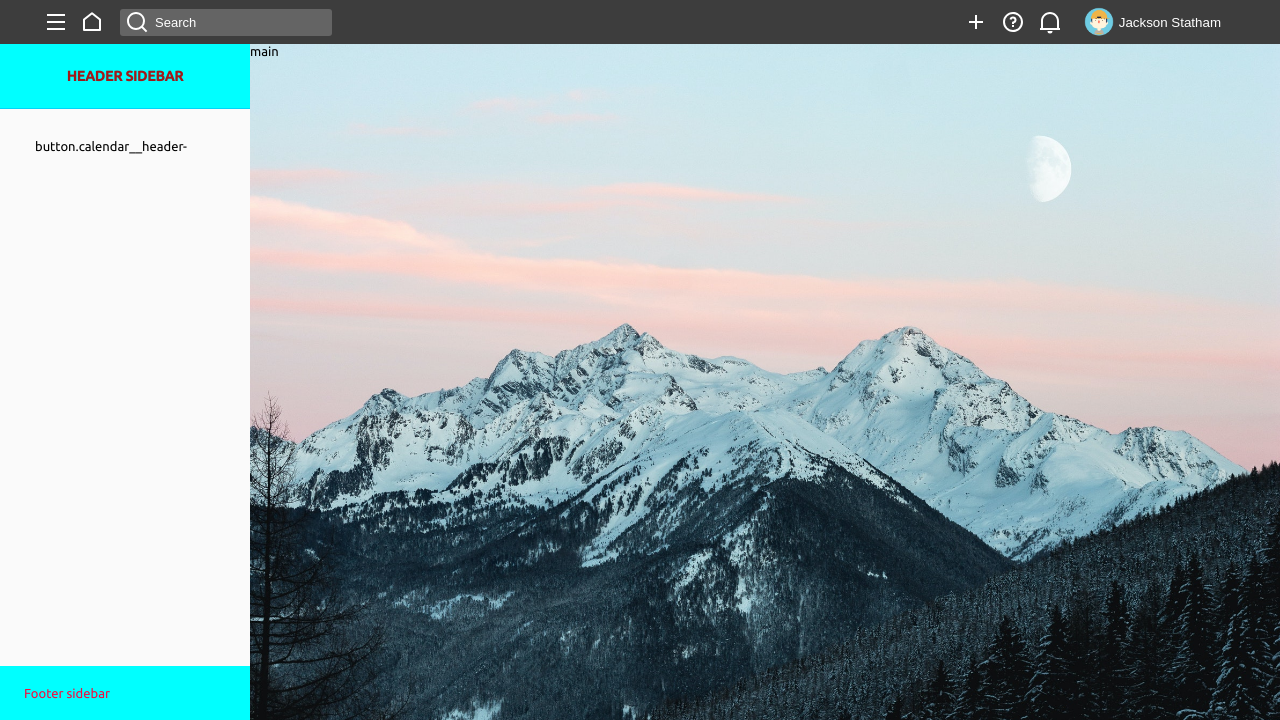
Repository: huuthe1999/to-do-list
Page: /
These files come from the project's save history. The page is drawn as it stood at one moment and after the next save; the edit follows.
The browser window is 1280 px wide. The pictures show the whole page.
The project was rebuilt for these pictures with package versions that can differ from the ones it lists, and the page was loaded fresh each time. Also part of the build but not shown: src/components/form/addForm/addForm.scss, src/components/form/addForm/AddForm.js, src/components/modal/modal.scss, src/components/modal/Modal.js.

Above is the page before, as saved 2022-02-17 10:36:05.

### public/index.html
<!DOCTYPE html>
<html lang="en">
	<head>
		<meta charset="utf-8" />
		<link rel="icon" href="%PUBLIC_URL%/favicon.ico" />
		<meta name="viewport" content="width=device-width, initial-scale=1" />
		<meta name="theme-color" content="#000000" />
		<meta
			name="description"
			content="Web site created using create-react-app"
		/>
		<link rel="apple-touch-icon" href="%PUBLIC_URL%/logo192.png" />
		<!--
      manifest.json provides metadata used when your web app is installed on a
      user's mobile device or desktop. See https://developers.google.com/web/fundamentals/web-app-manifest/
    -->
		<link rel="manifest" href="%PUBLIC_URL%/manifest.json" />
		<!--
      Notice the use of %PUBLIC_URL% in the tags above.
      It will be replaced with the URL of the `public` folder during the build.
      Only files inside the `public` folder can be referenced from the HTML.

      Unlike "/favicon.ico" or "favicon.ico", "%PUBLIC_URL%/favicon.ico" will
      work correctly both with client-side routing and a non-root public URL.
      Learn how to configure a non-root public URL by running `npm run build`.
    -->
		<title>React Redux App</title>
	</head>
	<body>
		<noscript>You need to enable JavaScript to run this app.</noscript>
		<div id="modal"></div>
		<div id="root"></div>
		<!--
      This HTML file is a template.
      If you open it directly in the browser, you will see an empty page.

      You can add webfonts, meta tags, or analytics to this file.
      The build step will place the bundled scripts into the <body> tag.

      To begin the development, run `npm start` or `yarn start`.
      To create a production bundle, use `npm run build` or `yarn build`.
    --></body>
</html>

### src/index.js
import React from 'react';
import ReactDOM from 'react-dom';
import { Provider } from 'react-redux';
import App from './App';
import { store } from './app/store';

ReactDOM.render(
	<React.StrictMode>
		<Provider store={store}>
			<App />
		</Provider>
	</React.StrictMode>,
	document.getElementById('root'),
);

### src/App.js
import React from 'react';
// import { Counter } from './features/counter/Counter';
import './App.scss';
import Main from './components/main/Main';
import SideBar from './components/sideBar/SideBar';
import TopBar from './components/topBar/TopBar';
function App() {
	return (
		<div className='app'>
			<TopBar />
			<div className='container'>
				<SideBar />
				<Main />
			</div>
		</div>
	);
}

export default App;

### src/App.scss
@import url('https://fonts.googleapis.com/css2?family=Ubuntu:wght@300;400;500&display=swap');
*,
*::before,
*::after {
	margin: 0;
	padding: 0;
	box-sizing: border-box;
}

:root {
	--icon-color: #fff;
	--icon-size: 40px;

	--bg: rgb(53, 42, 42);
	--bg-input: hsla(0, 0%, 100%, 0.2);
	// Header
	--hd-text-color: #ffffff;
	--hd-icon-color-hover: #202020;
}

.app {
	font-family: 'Ubuntu', sans-serif;
	font-size: 13px;
	width: 100vw;
	height: 100vh;
	background-color: var(--bg);
	overflow: hidden;
}

.container {
	display: flex;
	height: calc(100% - 44px);
}

button {
	border: none;
	outline: none;
	cursor: pointer;
	background-color: transparent;
}

### src/components/main/Main.js
import './main.scss';

const Main = () => {
	return <div className='main'>main</div>;
};

export default Main;

### src/components/sideBar/SideBar.js
import Calendar from '../calendar/Calendar';
import './sideBar.scss';

const SideBar = () => {
	return (
		<div className='sidebar'>
			<div className='sidebar__inner'>
				<div className='sidebar__layout'>
					<div className='sidebar__layout-header'>
						<p>Header sidebar</p>
					</div>
					<div className='sidebar__layout-content'>
						<Calendar />
					</div>
					<div className='sidebar__layout-footer'>Footer sidebar</div>
				</div>
			</div>
		</div>
	);
};

export default SideBar;

### src/components/topBar/TopBar.js
import { useState } from 'react';
import {
	RiAddLine,
	RiHomeLine,
	RiMenuLine,
	RiNotification2Line,
	RiQuestionLine,
	RiSearchLine,
} from 'react-icons/ri';
import Avatar from '../../assets/images/avatar.png';
import AddForm from '../form/addForm/AddForm';
import Modal from '../modal/Modal';
import './topbar.scss';
const TopBar = () => {
	const [modal, setShowModal] = useState(false);
	return (
		<header className='topbar'>
			<div className='topbar__inner'>
				<div className='topbar__inner-leftControl'>
					<button className='topbar__button leftControl'>
						<RiMenuLine className='topbar__button-icon' />
					</button>

					<button className='topbar__button leftControl'>
						<RiHomeLine className='topbar__button-icon' />
					</button>
					<div className='topbar__inner-leftControl-search'>
						<RiSearchLine className='topbar__button-icon topbar__button-icon-search' />
						<input type='text' placeholder='Search' />
					</div>
				</div>
				<div className='topbar__inner-rightControl'>
					<Modal showModal={modal} setShowModal={setShowModal}>
						<AddForm setShowModal={setShowModal} />
					</Modal>
					<button className='topbar__button rightControl'>
						<RiAddLine
							className='topbar__button-icon'
							onClick={() => setShowModal(true)}
						/>
					</button>
					<button className='topbar__button rightControl'>
						<RiQuestionLine className='topbar__button-icon' />
					</button>
					<button className='topbar__button rightControl'>
						<RiNotification2Line className='topbar__button-icon' />
					</button>
					<button className='topbar__button info'>
						<img src={Avatar} alt='avatar' />
						<p>Jackson Statham</p>
					</button>
				</div>
			</div>
		</header>
	);
};

export default TopBar;

### src/features/counter/counterSlice.js
import { createAsyncThunk, createSlice } from '@reduxjs/toolkit';
import { fetchCount } from './counterAPI';

const initialState = {
  value: 0,
  status: 'idle',
};

// The function below is called a thunk and allows us to perform async logic. It
// can be dispatched like a regular action: `dispatch(incrementAsync(10))`. This
// will call the thunk with the `dispatch` function as the first argument. Async
// code can then be executed and other actions can be dispatched. Thunks are
// typically used to make async requests.
export const incrementAsync = createAsyncThunk(
  'counter/fetchCount',
  async (amount) => {
    const response = await fetchCount(amount);
    // The value we return becomes the `fulfilled` action payload
    return response.data;
  }
);

export const counterSlice = createSlice({
  name: 'counter',
  initialState,
  // The `reducers` field lets us define reducers and generate associated actions
  reducers: {
    increment: (state) => {
      // Redux Toolkit allows us to write "mutating" logic in reducers. It
      // doesn't actually mutate the state because it uses the Immer library,
      // which detects changes to a "draft state" and produces a brand new
      // immutable state based off those changes
      state.value += 1;
    },
    decrement: (state) => {
      state.value -= 1;
    },
    // Use the PayloadAction type to declare the contents of `action.payload`
    incrementByAmount: (state, action) => {
      state.value += action.payload;
    },
  },
  // The `extraReducers` field lets the slice handle actions defined elsewhere,
  // including actions generated by createAsyncThunk or in other slices.
  extraReducers: (builder) => {
    builder
      .addCase(incrementAsync.pending, (state) => {
        state.status = 'loading';
      })
      .addCase(incrementAsync.fulfilled, (state, action) => {
        state.status = 'idle';
        state.value += action.payload;
      });
  },
});

export const { increment, decrement, incrementByAmount } = counterSlice.actions;

// The function below is called a selector and allows us to select a value from
// the state. Selectors can also be defined inline where they're used instead of
// in the slice file. For example: `useSelector((state: RootState) => state.counter.value)`
export const selectCount = (state) => state.counter.value;

// We can also write thunks by hand, which may contain both sync and async logic.
// Here's an example of conditionally dispatching actions based on current state.
export const incrementIfOdd = (amount) => (dispatch, getState) => {
  const currentValue = selectCount(getState());
  if (currentValue % 2 === 1) {
    dispatch(incrementByAmount(amount));
  }
};

export default counterSlice.reducer;

### src/components/main/main.scss
.main {
	width: 100%;
	height: 100%;
	background-image: url(../../assets/images/bg_main.jpg);
	background-repeat: no-repeat;
	background-size: cover;
	overflow-y: auto;
}

### src/components/calendar/Calendar.js
import React from 'react';

const Calendar = () => {
	return (
		<div className='calendar'>
			<div className='calendar__header'>button.calendar__header-</div>
			<div className='calendar__content'></div>
		</div>
	);
};

export default Calendar;

### src/components/sideBar/sideBar.scss
.sidebar {
	position: relative;
	z-index: 109;
	height: 100%;
	background-color: aqua;
	min-width: 250px;
	width: 300px;
	transition: all 0.3s cubic-bezier(0.4, 0, 0.2, 1);

	&__inner {
		height: 100%;
		position: relative;
		z-index: 101;
	}

	&__layout {
		height: 100%;
		overflow-y: auto;
		overflow-x: hidden;
		display: flex;
		flex-direction: column;
		position: relative;
		z-index: 101;

		&-header {
			border-bottom: 1px solid rgba(8, 41, 228, 0.2);

			p {
				text-align: center;
				color: rgb(160, 25, 25);
				padding: 24px;
				font-weight: bold;
				font-size: 14px;
				text-transform: uppercase;
			}
		}

		&-content {
			flex-grow: 1;
			padding-top: 30px;
			padding-left: 35px;
			padding-bottom: 30px;
			background-color: #fafafa;
		}

		&-footer {
			padding: 20px 24px;
			color: rgb(245, 12, 62);
		}
	}
}

### src/components/topBar/topbar.scss
.topbar {
	display: flex;
	justify-content: center;
	align-items: center;
	background-color: #3d3d3d;
	flex-shrink: 0;
	padding: 0px 42px;
	font-size: 13px;
	color: #202020;
	height: 44px;

	&__inner {
		display: flex;
		justify-content: space-between;
		background-color: transparent;
		width: 100%;
		height: 100%;

		&-leftControl {
			display: flex;
			align-items: center;
			justify-content: flex-start;

			&-search {
				display: flex;
				align-items: center;
				position: relative;
				margin-left: 6px;

				&:hover {
					input {
						background-color: var(--hd-text-color);
						&::placeholder {
							color: var(--hd-icon-color-hover);
						}
					}
					* {
						color: var(--hd-icon-color-hover);
					}
				}

				input {
					font-size: 13px;
					color: var(--hd-text-color);
					background-color: var(--bg-input);
					outline: 0;
					border-radius: 3px;
					border: 1px solid transparent;
					padding: 5px 0 5px 34px;
					transition: all 0.15s cubic-bezier(0.4, 0, 0.2, 0.1);
					transition-property: background-color;

					&::placeholder {
						color: var(--hd-text-color);
					}
				}
			}
		}

		&-rightControl {
			display: flex;
			align-items: center;
			height: 44px;
			padding: 0px 12px;

			img {
				width: 100%;
				height: 100%;
			}
		}
	}

	&__button {
		display: flex;
		justify-content: center;
		align-items: center;
		border-radius: 3px;

		&:hover {
			background-color: var(--bg-input);
		}

		&.leftControl {
			height: 28px;
			min-width: 28px;
			margin-right: 8px;
		}

		&.rightControl {
			height: 32px;
			min-width: 32px;
			margin-left: 5px;
		}

		&.info {
			height: 100%;
			color: var(--hd-text-color);
			margin-left: 8px;
			padding: 0px 5px;
			img {
				width: 40px;
				height: 40px;
			}
		}
		&-icon {
			font-size: 24px;
			color: var(--icon-color);

			&-search {
				position: absolute;
				left: 5px;
				top: 50%;
				transform: translateY(-50%);
				color: var(--icon-color);
			}
		}
	}
}

Loaded but not shown: src/app/store.js (common file); src/features/counter/counterAPI.js (common file)

After the next save:
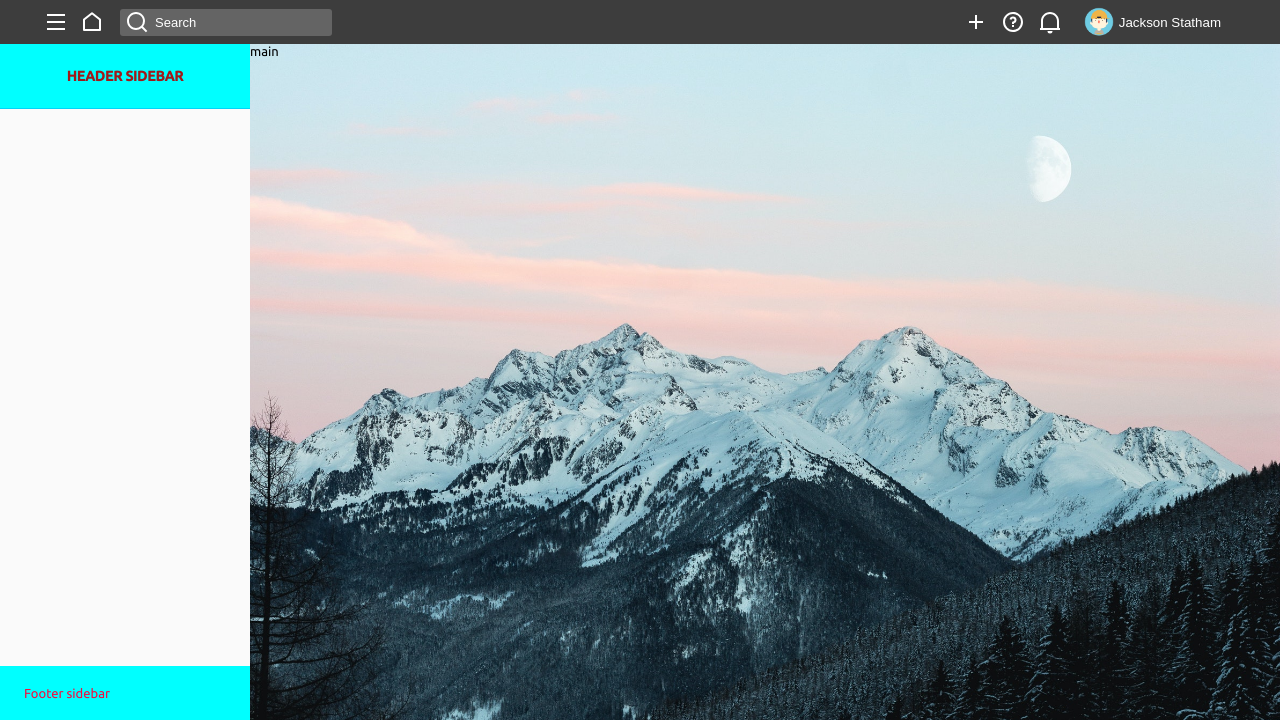
Saved 40 s later.
--- a/src/components/calendar/Calendar.js
+++ b/src/components/calendar/Calendar.js
@@ -3,7 +3,9 @@ import React from 'react';
 const Calendar = () => {
 	return (
 		<div className='calendar'>
-			<div className='calendar__header'>button.calendar__header-</div>
+			<div className='calendar__header'>
+				<button className='calendar__header-expand'></button>
+			</div>
 			<div className='calendar__content'></div>
 		</div>
 	);
